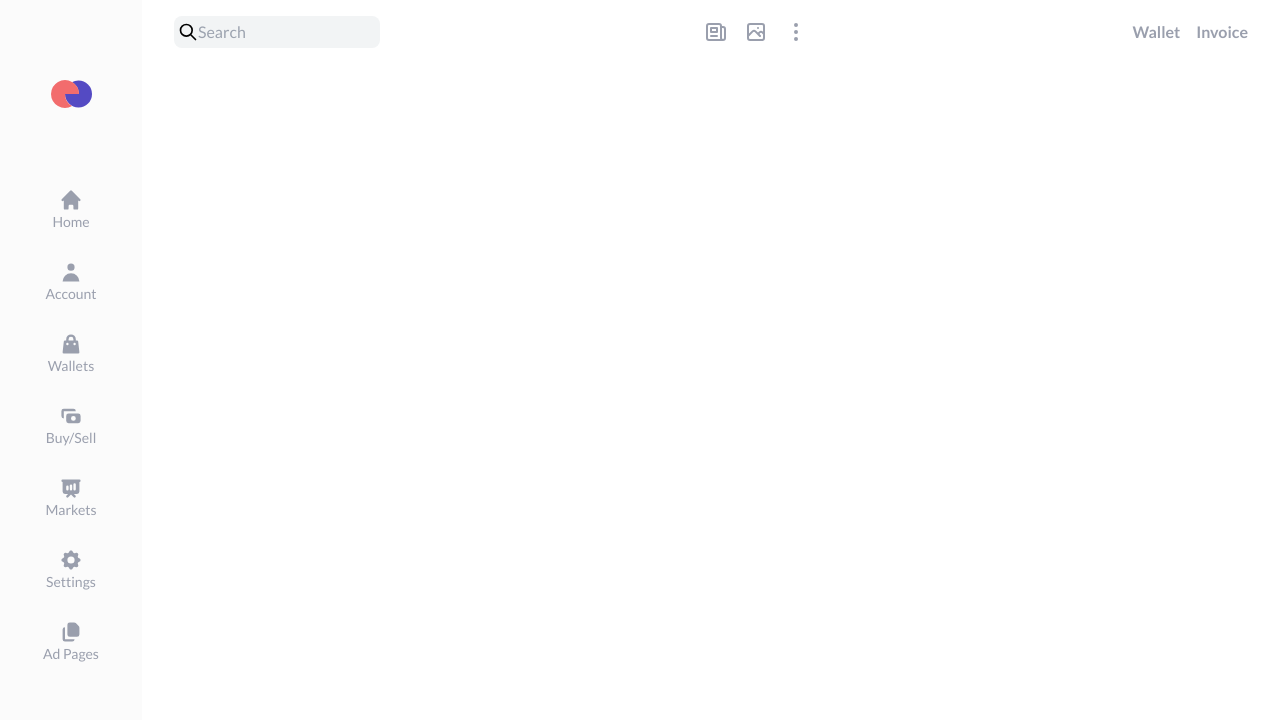
Repository: almaqdad55/crypto-app-nextjs
Page: /
These files come from the project's save history. The page is drawn as it stood at one moment and after the next save; the edit follows.
The browser window is 1280 px wide. The pictures show the whole page.
The project was rebuilt for these pictures with package versions that can differ from the ones it lists, and the page was loaded fresh each time. The framework's server and built-in components were replaced by stand-ins that run in the browser.

Above is the page before, as saved 2022-01-04 20:19:22.

After the next save:
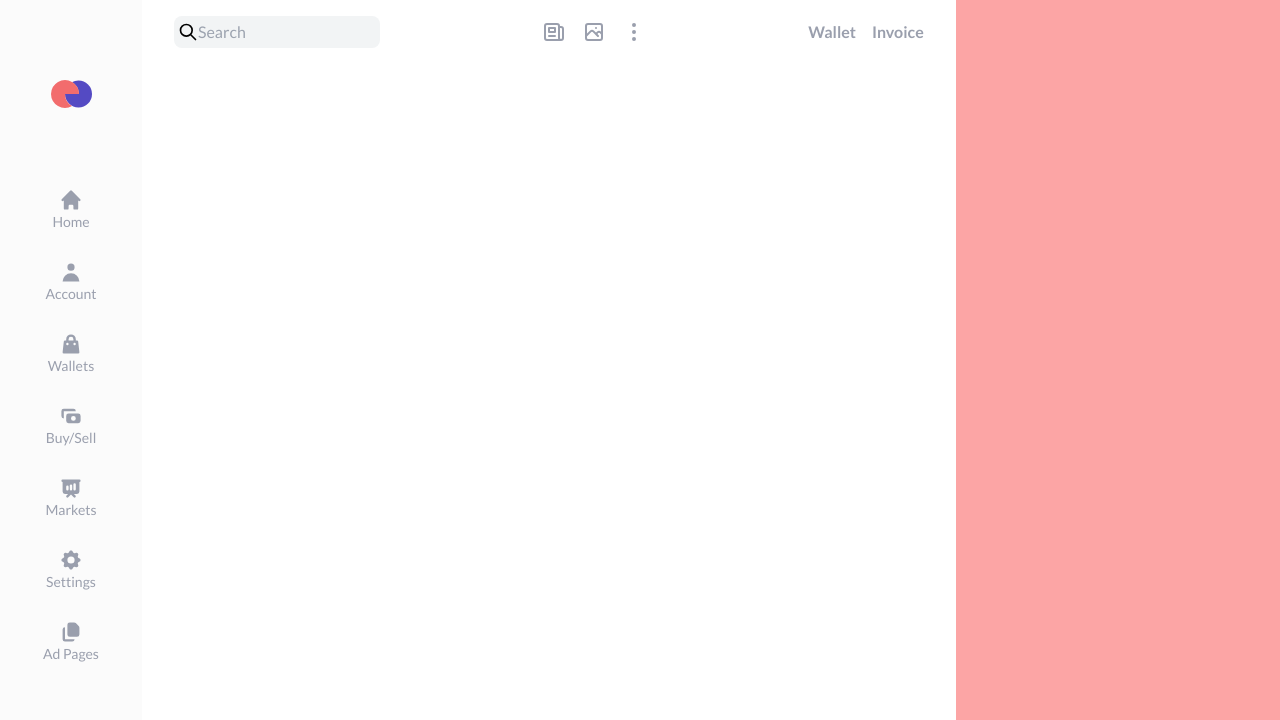
Saved 15 s later.
--- a/components/Widget.jsx
+++ b/components/Widget.jsx
@@ -1,5 +1,5 @@
 const Widget = () => {
-  return <div className="bg-red-300"></div>;
+  return <div className="bg-red-300 flex-1"></div>;
 };
 
 export default Widget;
